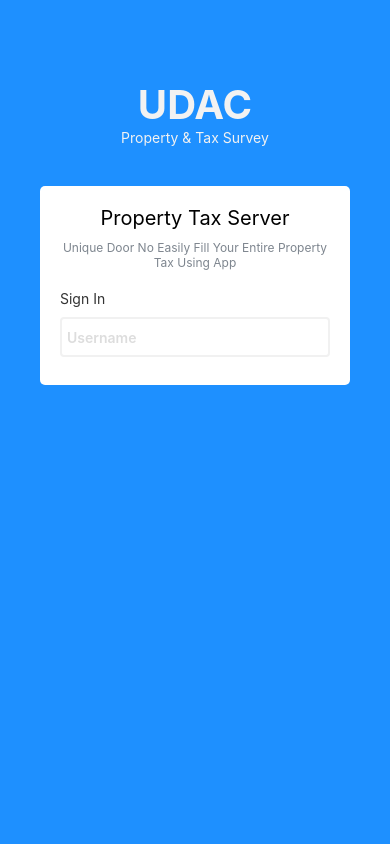
Repository: metalysm/BasicLoginPage
Screen: /
An editor plug-in stored every save of this project. The screen is shown before and after a run of saves, followed by the edit.
The app was drawn by React Native's web renderer in a window 390 px wide. The project was rebuilt for these pictures with package versions that can differ from the ones it lists, and the page was loaded fresh each time.

Above is the screen before, as saved 2019-12-05 14:14:36.

After the next 4 saves:
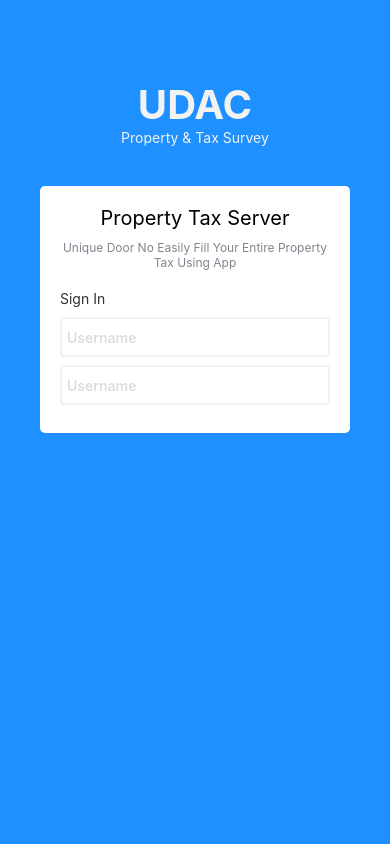
The 4 saves are shown as one change because 3 did not build or start.
The last was saved 22 min 6 s later.
--- a/src/pages/LoginForm.js
+++ b/src/pages/LoginForm.js
@@ -7,7 +7,8 @@ export default class LoginForm extends Component {
     return (
       <View>
         <Text style={styles.signInText}>Sign In</Text>
-        <Input placeholder="Username"/>
+        <Input placeholder="Username" autoCapitalize="none"/>
+        <Input placeholder="Username" secureTextEntry={true}/>
       </View>
 
     );
--- a/src/components/Input.js
+++ b/src/components/Input.js
@@ -3,6 +3,9 @@ import { StyleSheet,TextInput,View} from 'react-native';
 
 
 export default class Input extends Component {
+    state={
+        text:''
+    };
   render() {
     return (
         <View>
@@ -10,6 +13,8 @@ export default class Input extends Component {
             {...this.props}
             placeholderTextColor = "#ddd"
             style={styles.input}
+            value={this.state.text}
+            onChangeText={text => this.setState({text})}
             />
         </View>
     ); //{...this.props} => loginformdaki <Input> içerisindeki
